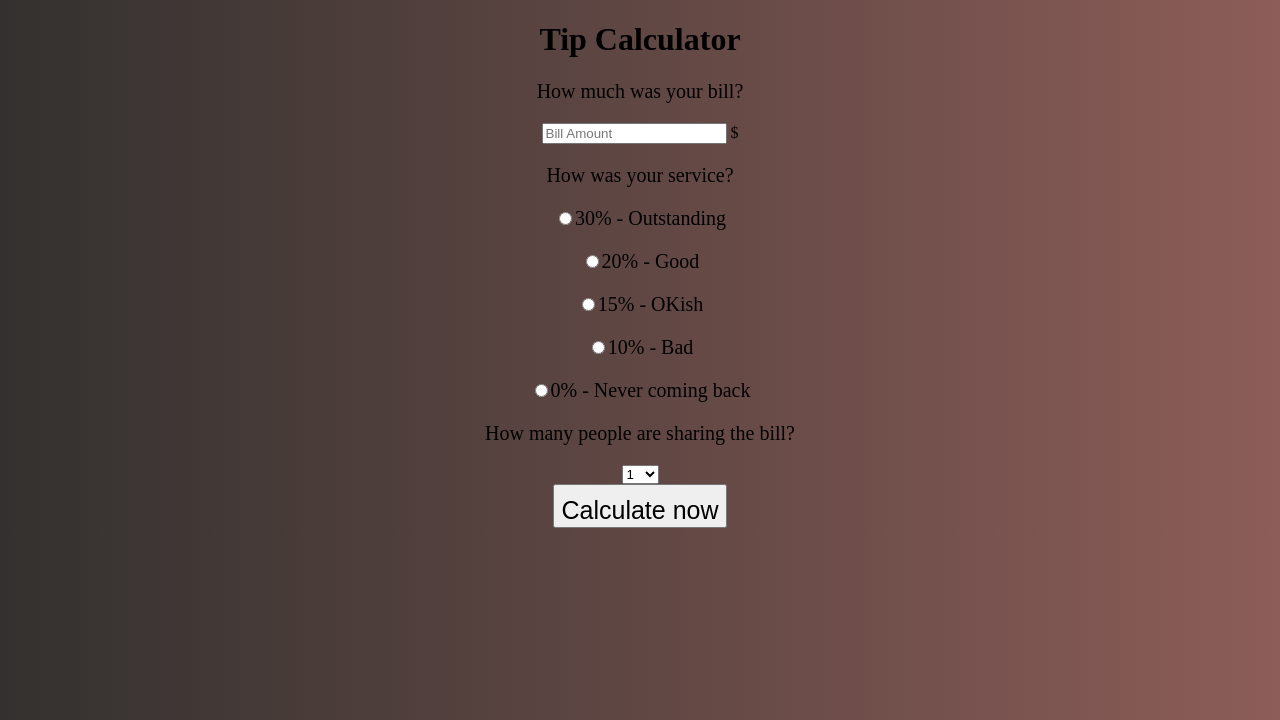
Repository: NiutaR/tip-calculator
Page: index.html
The author's editor kept a copy of each file at every save. The page is drawn from the files as they stood at one save, then again after a run of saves.
The browser window is 1280 px wide. The pictures show the whole page.

Above is the page before, as saved 2021-07-24 17:11:35.

### index.html
<!DOCTYPE html>
<html lang="en">

<head>
    <meta charset="UTF-8">
    <meta http-equiv="X-UA-Compatible" content="IE=edge">
    <meta name="viewport" content="width=device-width, initial-scale=1.0">
    <link rel="stylesheet" href="style.css">
    <title>Tip Calculator</title>
</head>

<body>
    <div id="container">
        <h1>Tip Calculator</h1>

        <div id="calculator">
            <form>
                <p>How much was your bill?</p>
                <input id="amount" type="text" placeholder="Bill Amount"> $
                <p>How was your service?</p>
                <p><input id="service" type="radio" value="0.3">30&#37 - Outstanding</p>
                <p><input id="service" type="radio" value="0.2">20&#37 - Good</p>
                <p><input id="service" type="radio" value="0.15">15&#37 - OKish</p>
                <p><input id="service" type="radio" value="0.1">10&#37 - Bad</p>
                <p><input id="service" type="radio" value="0.05">0&#37 - Never coming back</p>
                <p>How many people are sharing the bill?</p>
                <select>
                    <option value="1">1</option>
                    <option value="2">2</option>
                    <option value="3">3</option>
                    <option value="4">4</option>
                    <option value="5">5</option>
                    <option value="6">6</option>
                    <option value="7">7</option>
                    <option value="8">8</option>
                    <option value="9">9</option>
                    <option value="10">10</option>
                </select>
                <br>
                <button id="btn">Calculate now</button>
            </form>
        </div>
    </div>
    <script src="index.js"></script>
</body>

</html>

### style.css
body {
    background: coral;
    background: -webkit-linear-gradient(to left, #8d817f, #cecac5);
    /* Chrome 10-25, Safari 5.1-6 */
    background: linear-gradient(to left, #8d5d58, #33312f);
}
#container {
    width: 500px;
    height: 500px;
    text-align: center;
    margin: 0 auto;
}
p {
    font-size: 20px;
}
#btn {
    font-size: 25px;
    padding-top: 10px;
}

Loaded but not shown: index.js (no copy from this time; the picture is the same without it)

After the next 2 saves:
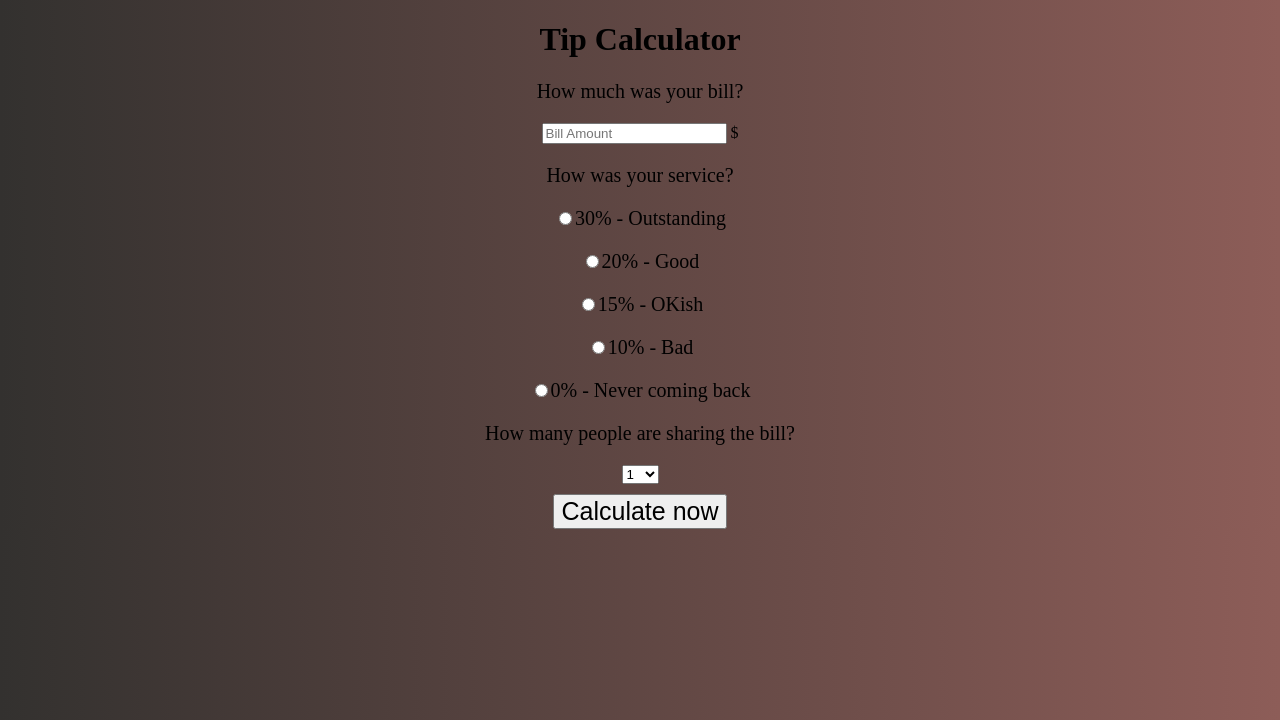
The 2 saves are shown as one change because they came seconds apart.
The last was saved 10 s later.
--- a/style.css
+++ b/style.css
@@ -15,5 +15,5 @@ p {
 }
 #btn {
     font-size: 25px;
-    padding-top: 10px;
+    margin-top: 10px;
 }
